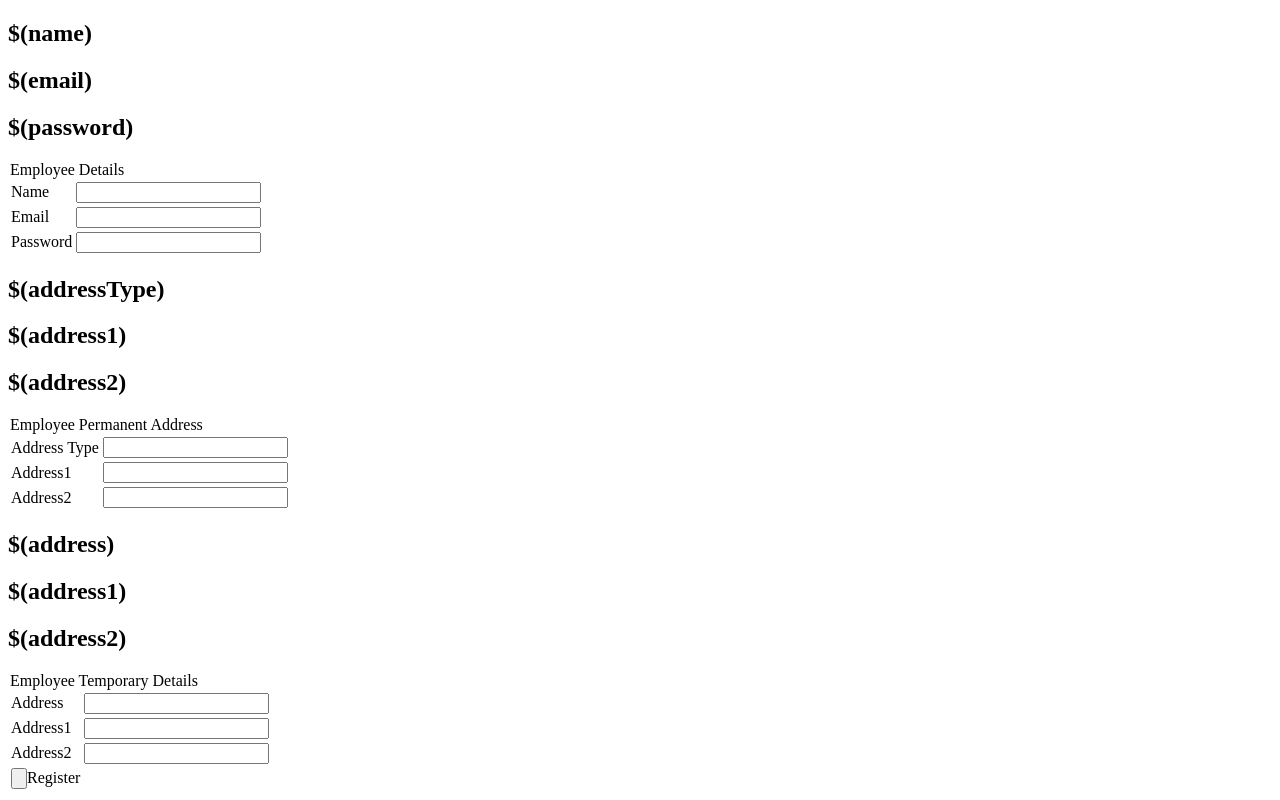
Repository: Shivani-N-Shivakumar/TY_CG_HTD_Bangalore-November_JFS_ShivaniNS-
Page: http://localhost/empmvc/WEB-INF/view/register.jsp
An editor plug-in stored every save of this project. The page is shown before and after the next save, followed by the edit.
The browser window is 1280 px wide. The pictures show the whole page.
The page is served by Tomcat 9. Nobody is signed in. Other server files are loaded and not shown. The template is opened directly, without the code that normally fills it, so the values that code supplies are empty.

Above is the page before, as saved 2019-12-24 05:28:11.

### BackEnd/Spring-workspace/empmvc/src/main/webapp/WEB-INF/view/register.jsp
<%@ page language="java" contentType="text/html; charset=ISO-8859-1"
    pageEncoding="ISO-8859-1"%>
<!DOCTYPE html>
<html>
<head>
<meta charset="ISO-8859-1">
<title>Insert title here</title>
</head>
<body>
<h2>$(name)</h2>
<h2>$(email)</h2>
<h2>$(password)</h2>

<form action="./Register" method="post">
<legend> Employee Details</legend>
<table>
<tr>
<td>Name</td>
<td><input type="text" name="name"></td>
</tr>


<tr>
<td>Email</td>
<td><input type="text" name="email"></td>
</tr>
<tr>
<td>Password</td>
<td><input type="text" name="password"></td>
</tr>

</table>




<h2>$(addressType)</h2>
<h2>$(address1)</h2>
<h2>$(address2)</h2>
<legend>Employee Permanent Address</legend>

<table>
<tr>
<td>Address Type</td>
<td><input type="text" name="addressType"></td>
</tr>


<tr>
<td>Address1</td>
<td><input type="text" name="address1"></td>
</tr>
<tr>
<td>Address2</td>
<td><input type="text" name="address2"></td>
</tr>

</table>


<h2>$(address)</h2>
<h2>$(address1)</h2>
<h2>$(address2)</h2>

<legend>Employee Temporary Details</legend>
<table>
<tr>
<td>Address</td>
<td><input type="text" name="address"></td>
</tr>


<tr>
<td>Address1</td>
<td><input type="text" name="address1"></td>
</tr>
<tr>
<td>Address2</td>
<td><input type="text" name="address2"></td>
</tr>
<tr>
<td><input type="button" name="Register" >Register</td>
</tr>
</table>
</form>








</body>
</html>

After the next save:
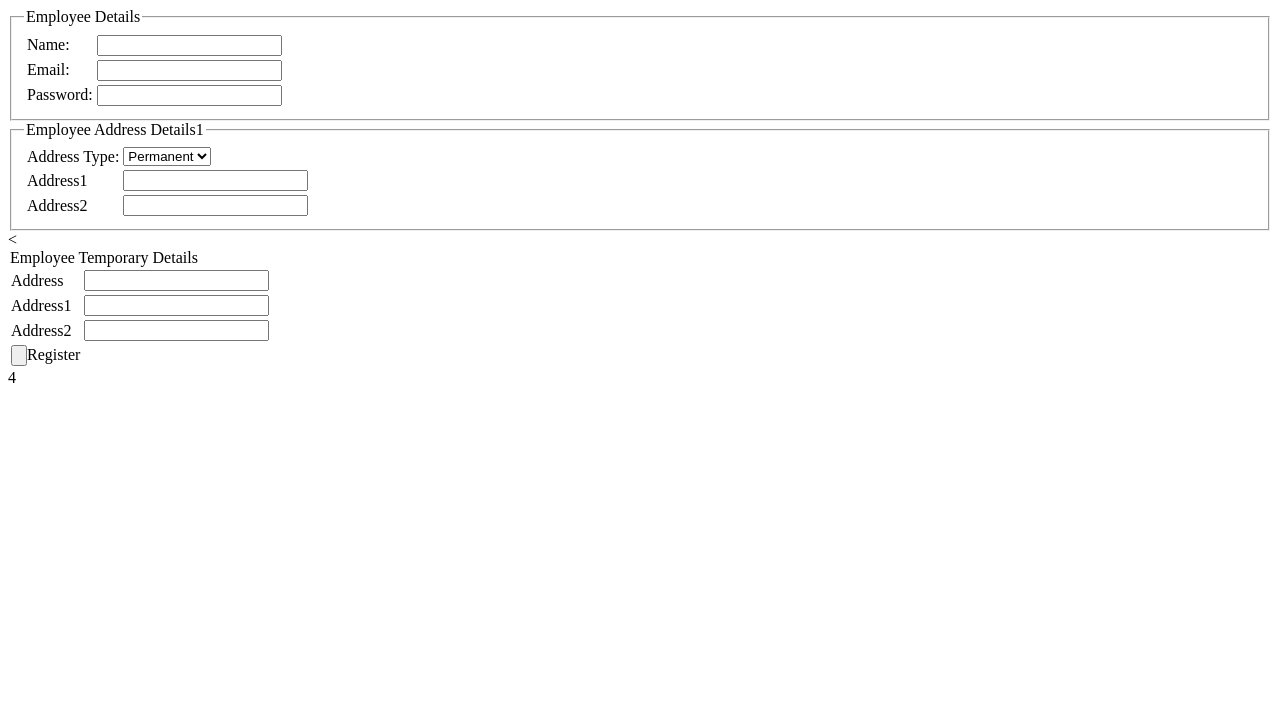
Saved 15 min 4 s later.
--- a/BackEnd/Spring-workspace/empmvc/src/main/webapp/WEB-INF/view/register.jsp
+++ b/BackEnd/Spring-workspace/empmvc/src/main/webapp/WEB-INF/view/register.jsp
@@ -7,42 +7,43 @@
 <title>Insert title here</title>
 </head>
 <body>
-<h2>$(name)</h2>
-<h2>$(email)</h2>
-<h2>$(password)</h2>
+
 
 <form action="./Register" method="post">
+<fieldset>
 <legend> Employee Details</legend>
 <table>
 <tr>
-<td>Name</td>
+<td>Name:</td>
 <td><input type="text" name="name"></td>
 </tr>
 
 
 <tr>
-<td>Email</td>
-<td><input type="text" name="email"></td>
+<td>Email:</td>
+<td><input type="email" name="email"></td>
 </tr>
 <tr>
-<td>Password</td>
-<td><input type="text" name="password"></td>
+<td>Password:</td>
+<td><input type="password" name="password"></td>
 </tr>
 
 </table>
+</fieldset>
 
 
 
 
-<h2>$(addressType)</h2>
-<h2>$(address1)</h2>
-<h2>$(address2)</h2>
-<legend>Employee Permanent Address</legend>
+<fieldset>
+<legend>Employee  Address Details1</legend>
 
 <table>
 <tr>
-<td>Address Type</td>
-<td><input type="text" name="addressType"></td>
+<td>Address Type:</td>
+
+<td><select name="addType">
+<option>Permanent</option>
+<option>Temp</option></select></td>
 </tr>
 
 
@@ -56,12 +57,11 @@
 </tr>
 
 </table>
+</fieldset>
 
 
-<h2>$(address)</h2>
-<h2>$(address1)</h2>
-<h2>$(address2)</h2>
 
+<
 <legend>Employee Temporary Details</legend>
 <table>
 <tr>
@@ -90,6 +90,6 @@
 
 
 
-
+4
 </body>
 </html>
